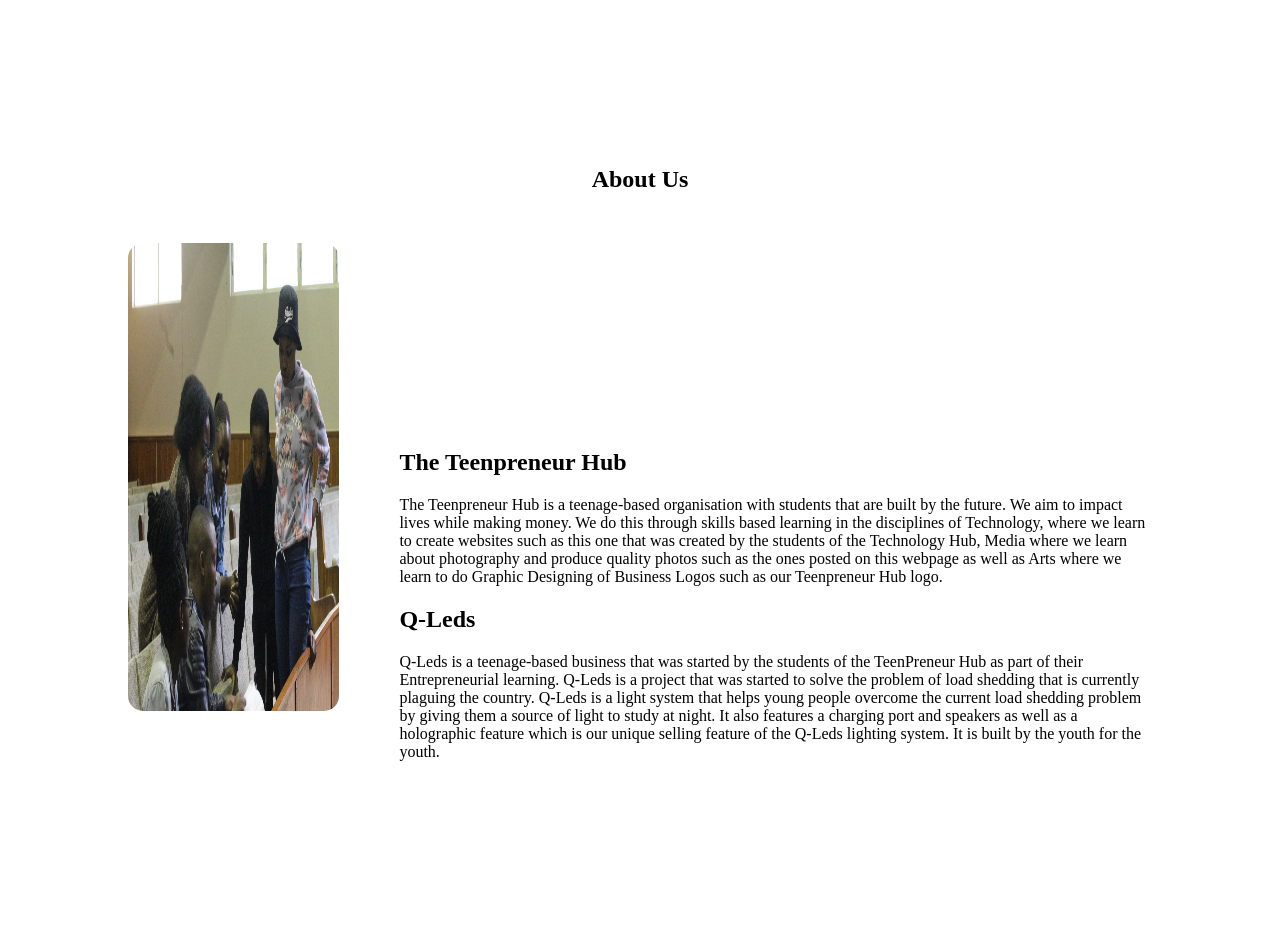
Repository: chadrackkyungu/4-BCT-TPH-Website
Page: index.html
The author's editor kept a copy of each file at every save. The page is drawn from the files as they stood at one save, then again after a run of saves.
The browser window is 1280 px wide. The pictures show the part of the page from y = 824 to 1776 px (the page is 2781 px tall).
A picture or video elsewhere on the page could not be fetched, so the positions and the page height are approximate.

Above is the page before, as saved 2022-10-21 09:19:54.

### index.html
<!DOCTYPE html>
<html lang="en">

<head>
    <meta charset="UTF-8">
    <meta http-equiv="X-UA-Compatible" content="IE=edge">
    <meta name="viewport" content="width=device-width, initial-scale=1.0">
    <title> TPH LAB </title>
    <link rel="stylesheet" href="/src/css/style.css">
</head>

<body>

    <div class="navigation">
        <div class="logocontainer">
            <img class="image1" src="./src/images/logo.png" alt="">
        </div>

        <ul class="nav-link">
            <a href="#about">
                <li>About</li>
            </a>
            <a href="#product">
                <li>Our Product</li>
            </a>
            <a href="#contact">
                <li>Contact Us</li>
            </a>
        </ul>
    </div>

    <div class="section1">
        <h2 class="title"> TEEN PRENEUR HUB 2022</h2>

        <div class="image-container">
            <img src="./src/images/img-2.jpeg" alt="">
        </div>
    </div>

    <div class="section1">
        <a id="about">
            <h2 class="title"> About Us</h2>
        </a>

        <div class="aboutcontainer">
            <div class="image-container">
                <img src="./src/images/img-7.jpeg" alt="">
            </div>


            <div class="contentcontainer">
                <h2>The Teenpreneur Hub</h2>

                <p>The Teenpreneur Hub is a teenage-based organisation with students that are built by the future. We aim to impact lives while making money. We do this through skills based learning in the disciplines of Technology, where we learn to create
                    websites such as this one that was created by the students of the Technology Hub, Media where we learn about photography and produce quality photos such as the ones posted on this webpage as well as Arts where we learn to do Graphic
                    Designing of Business Logos such as our Teenpreneur Hub logo.</p>

                <h2>Q-Leds</h2>

                <p>Q-Leds is a teenage-based business that was started by the students of the TeenPreneur Hub as part of their Entrepreneurial learning. Q-Leds is a project that was started to solve the problem of load shedding that is currently plaguing
                    the country. Q-Leds is a light system that helps young people overcome the current load shedding problem by giving them a source of light to study at night. It also features a charging port and speakers as well as a holographic feature
                    which is our unique selling feature of the Q-Leds lighting system. It is built by the youth for the youth.
                </p>

            </div>

        </div>
    </div>

    <div class="section1">
        <a id="product">
            <h2 class="title">Our Product</h2>
        </a>


        <div class="productcontainer">
            <div class="prductimagecontainer">
                <img src="./imagine.jpg" alt="">
            </div>
            <div class="prductimagecontainer">
                <img src="./imagine.jpg" alt="">
            </div>
            <div class="prductimagecontainer">
                <img src="./imagine.jpg" alt="">
            </div>
            <div class="prductimagecontainer">
                <img src="./imagine.jpg" alt="">
            </div>
            <div class="prductimagecontainer">
                <img src="./imagine.jpg" alt="">
            </div>
            <div class="prductimagecontainer">
                <img src="./imagine.jpg" alt="">
            </div>

        </div>
    </div>

    <div class="section1">
        <a id="contact">
            <h2 class="title"> Contact Us</h2>
        </a>

        <div class="contactcontainer">
            <div class="contactcontent">
                <P>Address: 52 Fife Avenue, Berea, Johannesburg, 2198</P>
                <p>Contact us on: 063 397 3539</p>
                <p>Email us on: mashudu@teenagers.org.za</p>
                <p><a href="https://teenagers.org.za/" target=" "> Website: www.teenagers.org.za </a></p>
                <p>Facebook: Teenagers Empowerment Program</p>
                <p>Instagram: @teenagersza</p>
            </div>
        </div>
    </div>

    <div class="nav-link"> </div>
</body>
<html>

### src/css/style.css
html,
body {
    box-sizing: 0;
    margin: 0;
    padding: 0;
}


/* NAVBAR */

.navigation {
    background-color: #509e2e;
    display: flex;
    justify-content: space-around;
    align-items: center;
}

.image1 {
    width: 100px;
}

.nav-link {
    display: flex;
}

.nav-link li {
    list-style-type: none;
    padding: 5px;
    color: white;
}

.nav-link a {
    text-decoration: none !important;
}


/* SECTION 1 */

.section1 {
    width: 80%;
    margin: 0 auto;
}

img {
    border-radius: 15px;
}

.title {
    text-align: center;
    margin-bottom: 50px;
    margin-top: 50px;
}

.image-container {
    width: 100%;
    height: 100vh;
}

.image-container img {
    width: 100%;
    height: 65% !important;
}

.aboutcontainer {
    display: flex;
    justify-content: space-around;
    align-items: center;
}

.contentcontainer {
    margin-left: 60px;
}

.productcontainer {
    display: grid;
    grid-template-columns: 1fr 1fr 1fr;
    gap: 20px;
}

.prductimagecontainer {
    width: 100%;
}

.prductimagecontainer img {
    width: 100%;
}

.contactcontainer {
    display: flex;
    justify-content: center;
    align-items: center;
}

.contactcontent {
    margin: auto 0;
    text-align: center;
}

.logocontainer {
    width: 10%;
}

.logocontainer img {
    width: 50%;
    border-radius: 100%;
}

After the next 2 saves:
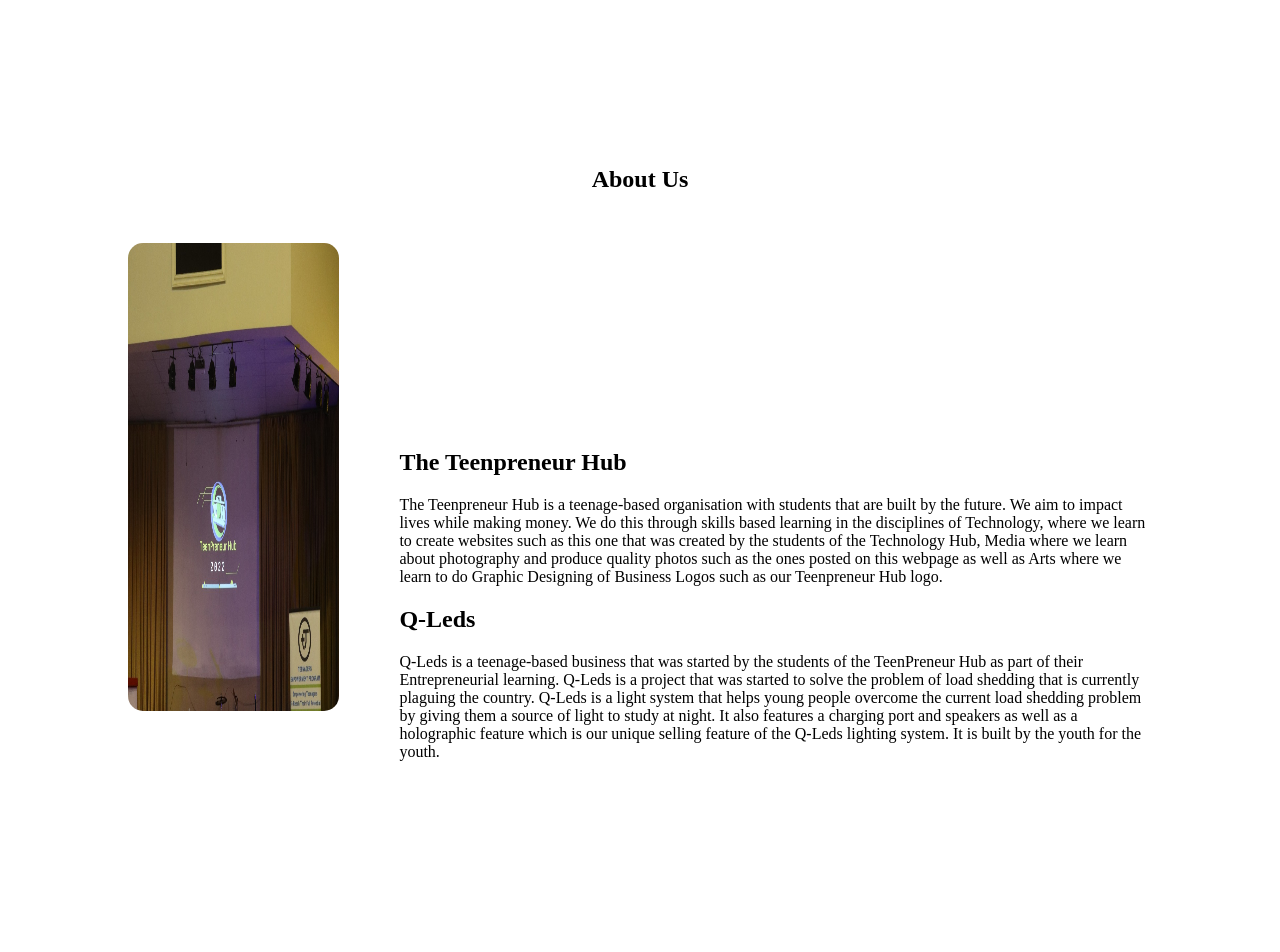
The 2 saves are shown as one change because they came seconds apart.
The last was saved 8 s later.
--- a/index.html
+++ b/index.html
@@ -44,7 +44,7 @@
 
         <div class="aboutcontainer">
             <div class="image-container">
-                <img src="./src/images/img-7.jpeg" alt="">
+                <img src="./src/images/img-4.jpeg" alt="">
             </div>
 
 
